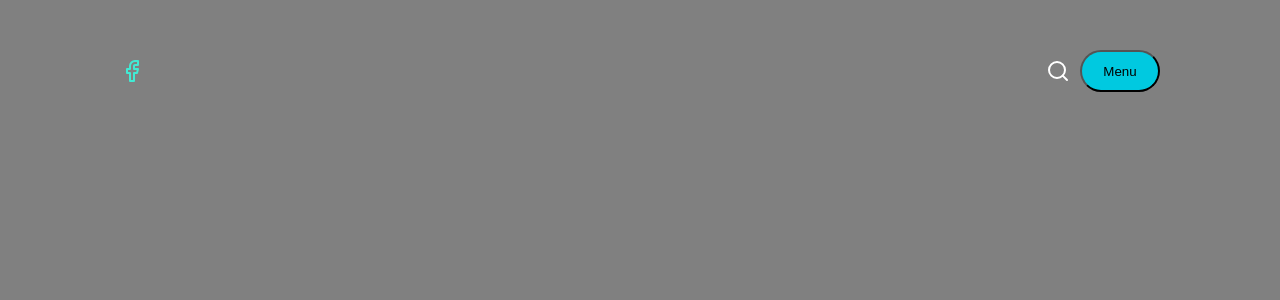
Repository: Silva-jr/night-trip
Page: index.html
The author's editor kept a copy of each file at every save. The page is drawn from the files as they stood at one save, then again after the next save.
The browser window is 1280 px wide. The pictures show the whole page.

Above is the page before, as saved 2021-07-20 23:09:17.

### index.html
<!DOCTYPE html>
<html lang="en">

    <head>
        <meta charset="UTF-8">
        <meta http-equiv="X-UA-Compatible" content="IE=edge">
        <meta name="viewport" content="width=device-width, initial-scale=1.0">
        <link rel="stylesheet" href="style/style.css">
        <title>Document</title>
    </head>

    <body>
        <div class="container">
            <section class="app-content">
                <header class="header">
                        <div class="logo">
                            <img src="./assets/facebook 1.svg" alt="">
                        </div>
                        <div class="menu">
                            <img src="./assets/search 1.svg" alt="">
                            <button>Menu</button>
                        </div>
                </header>
            </section>
        </div>
    </body>

</html>

### style/style.css

* {
  box-sizing: border-box;
  margin: 0;
  padding: 0;
}

html {
  height: 100%; /* fix height to 100% for IE */
  max-height: 100%; /* fix height for other browsers */
  /*overflow:hidden; /*get rid of scroll bars in IE */
  overflow-x: hidden;
  transition: 0.3s;
}

html,
body {
  scroll-behavior: smooth;
  height: 100%;
  max-height: 100%;
  height: 100vh;
  font-size: 62.5%;
  font-family: "Roboto", sans-serif;
  background-color: grey;
}

body {
  overflow: hidden;
  font-family: "Poppins", sans-serif;
  background-color: var(--background-color);
  -webkit-font-smoothing: antialiased;
  -moz-osx-font-smoothing: grayscale;
}

a {
  text-decoration: none;
}

.container{
    width: 100%;
    margin: 0 auto;
    max-width: 1140px;
    padding: 5rem;
    background-image: image("./assets/back.svg")
}

.app-content{
    width: 100%;
    height: auto;
    margin: 0 auto;
}

.header{
    width: 100%;
    height: auto;
    display: flex;
    align-items: center;
    justify-content: space-between;
}

.menu{
    display: flex;
}

.menu img{
    margin-right: 1rem;
}

.menu button{
    background-color: #00C9E0;
    width: 8rem;
    height: 4.2rem;
    border-radius: 4rem;
}

After the next save:
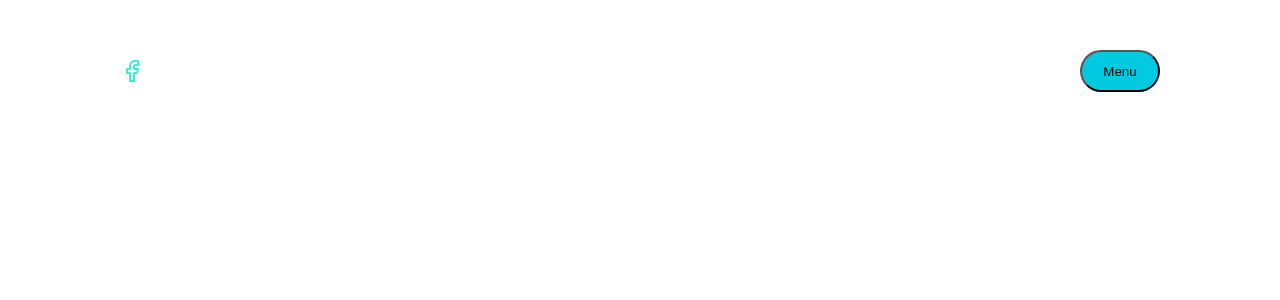
Saved 10 s later.
--- a/style/style.css
+++ b/style/style.css
@@ -21,7 +21,6 @@
   height: 100vh;
   font-size: 62.5%;
   font-family: "Roboto", sans-serif;
-  background-color: grey;
 }
 
 body {

After the save that followed:
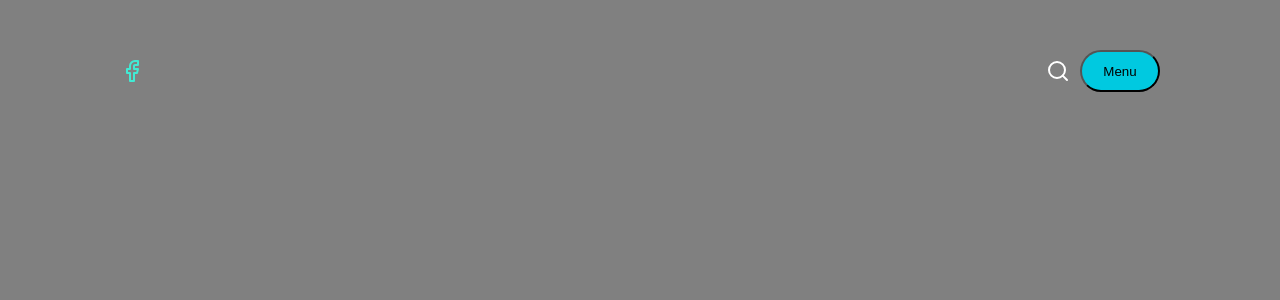
Saved 10 s later.
--- a/style/style.css
+++ b/style/style.css
@@ -21,6 +21,7 @@
   height: 100vh;
   font-size: 62.5%;
   font-family: "Roboto", sans-serif;
+  background-color: grey;
 }
 
 body {
